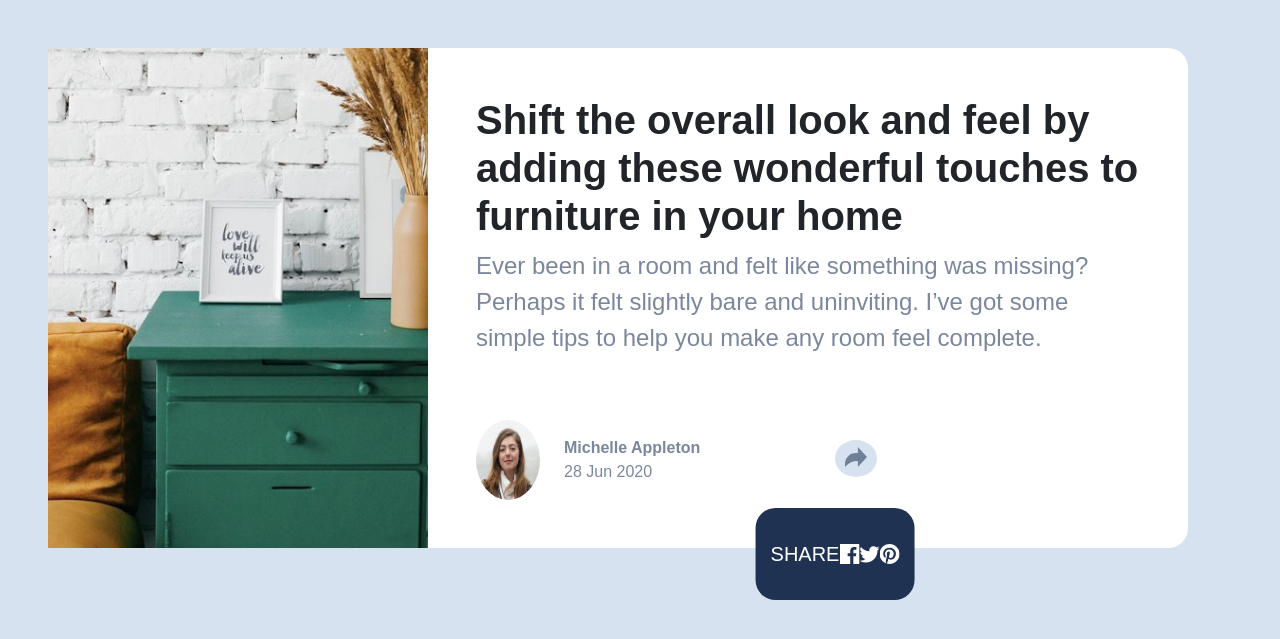
Repository: blordeus/article-preview-component
Page: index.html
The author's editor kept a copy of each file at every save. The page is drawn from the files as they stood at one save, then again after a run of saves.
The browser window is 1280 px wide. The pictures show the whole page.

Above is the page before, as saved 2024-05-17 17:28:33.

### index.html
<!DOCTYPE html>
<html lang="en">
<head>
  <meta charset="UTF-8">
  <meta name="viewport" content="width=device-width, initial-scale=1.0"> <!-- displays site properly based on user's device -->

  <link rel="icon" type="image/png" sizes="32x32" href="./images/favicon-32x32.png">
  <link href="https://cdn.jsdelivr.net/npm/bootstrap@5.3.3/dist/css/bootstrap.min.css" rel="stylesheet" integrity="sha384-QWTKZyjpPEjISv5WaRU9OFeRpok6YctnYmDr5pNlyT2bRjXh0JMhjY6hW+ALEwIH" crossorigin="anonymous">
  <script src defer="https://cdn.jsdelivr.net/npm/bootstrap@5.3.3/dist/js/bootstrap.bundle.min.js" integrity="sha384-YvpcrYf0tY3lHB60NNkmXc5s9fDVZLESaAA55NDzOxhy9GkcIdslK1eN7N6jIeHz" crossorigin="anonymous"></script>
  <script src defer="./socials.js"></script>
  <link rel="stylesheet" href="style.css">
  <title>Frontend Mentor | Article preview component</title>

</head>
<body class="container m-5">

  <main class="bg-color row">

    <section id="section-1" class="col-4">
    </section>

    <section class="col my-auto p-5">
      <h1 class="text-color fw-bold fs-1">Shift the overall look and feel by adding these wonderful touches to furniture in your home</h1>

      <p class="fs-4">
        Ever been in a room and felt like something was missing? Perhaps
        it felt slightly bare and uninviting. I’ve got some simple tips
        to help you make any room feel complete.
      </p>
      <div class="row pt-5">
        <div class="col d-flex">
          <img id="avatar" src="./images/avatar-michelle.jpg" alt="michelle">
            <div class="ms-4 vstack my-auto mt-3">
              <p class="fw-bold font-black fs-6">Michelle Appleton <br> <span class="fw-normal">28 Jun 2020</span></p>
            </div>
          </div>
          <div class="col my-auto">
            <div class="position-relative">
              <div class="d-flex justify-content-evenly align-items-center popup position-absolute top-0 start-0">
                <p class="popup-text mt-3">SHARE</p>
                  <img id="facebook" src="./images/icon-facebook.svg" alt="facebook">
                  <img id="twitter" src="./images/icon-twitter.svg" alt="twitter">
                  <img id="pinterest" src="./images/icon-pinterest.svg" alt="pinterest">
              </div>
            </div>
            <a href="#"><span class="share-background"><img id="share" src="./images/icon-share.svg" alt="share"></span></a>
          </div>
        </div>
      </div>
    </section>

  </main>
  <div class="attribution d-none">
    Challenge by <a href="https://www.frontendmentor.io?ref=challenge" target="_blank">Frontend Mentor</a>.
    Coded by <a href="#">Bryan Lordeus</a>.
  </div>
</body>
</html>

### style.css
/* root */
:root {
    --white: hsl(0, 0%, 100%);
    --light-gray: hsl(212, 45%, 89%);
    --grayish-blue: hsl(220, 15%, 55%);
    --dark-blue: hsl(218, 44%, 22%);
}

/* import Manrope font */
@import url('https://fonts.googleapis.com/css2?family=Manrope:wght@500;700&display=swap');

* {
    font-family: 'Manrope', sans-serif;
}


body {
    background-color: var(--light-gray);
}

main {
    background-color: var(--white);
    border-radius: 20px;

}

p {
    font-size: 13px;
    color: var(--grayish-blue);
}

#section-1 {
    background-image: url(./images/drawers.jpg);
    background-repeat: no-repeat;
    background-size: cover;
}

#avatar {
    /* make round */
    border-radius: 50%;
    /* make image smaller */
    width: 20%;
}

#share {
    width: 7%;
    position: static;
    margin-bottom: 2%;
}

.share-background {
    /* add light gray circle as background to icon */
    background-color: var(--light-gray);
    border-radius: 50%;
    padding: 10px;
    /* center icon */
    margin-left: 15px;
    margin-right: 15px;
    z-index: -2;
}

.popup {
    background-color: var(--dark-blue);
    border-radius: 20px;
    padding: 15px;
    position: absolute;
    top: 50%;
    left: 50%;
    transform: translate(-50%, 50%);
    z-index: 1;
    margin-left: 15px;
    margin-right: 15px;
    margin-top: 15px;
    margin-bottom: 15px;
}

.popup-text {
    color: var(--white);
    font-size: 20px;
}

After the next 2 saves:
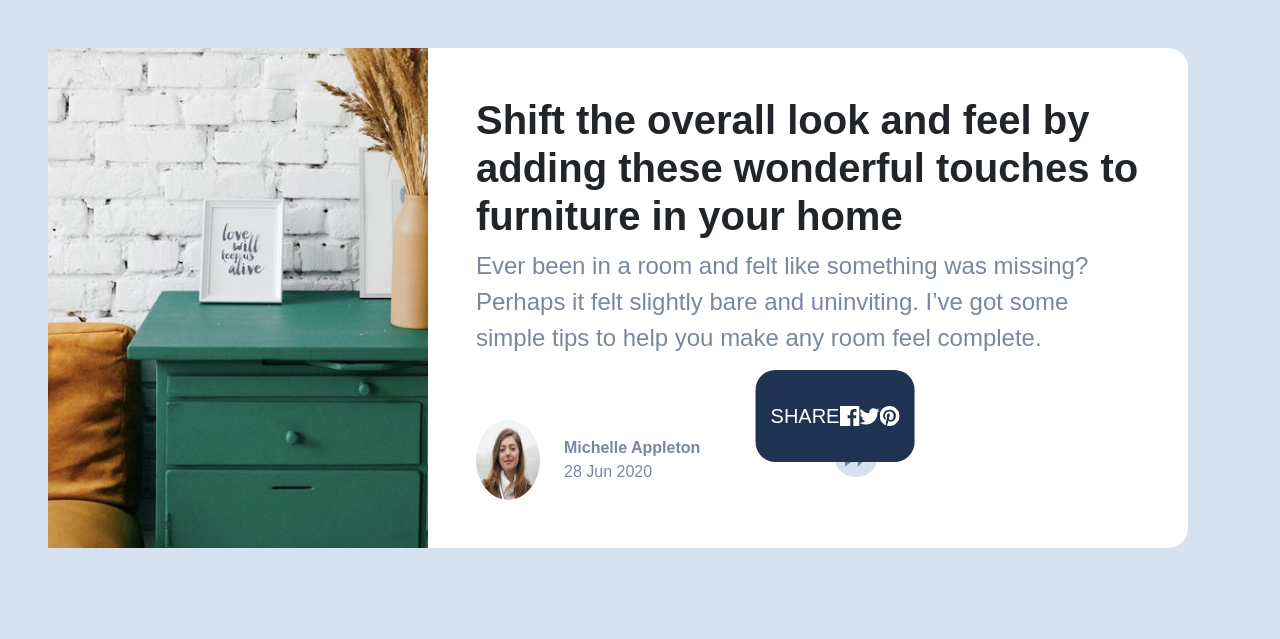
The 2 saves are shown as one change because they came seconds apart.
The last was saved 6 s later.
--- a/style.css
+++ b/style.css
@@ -66,7 +66,7 @@
     position: absolute;
     top: 50%;
     left: 50%;
-    transform: translate(-50%, 50%);
+    transform: translate(-50%, -100%);
     z-index: 1;
     margin-left: 15px;
     margin-right: 15px;
